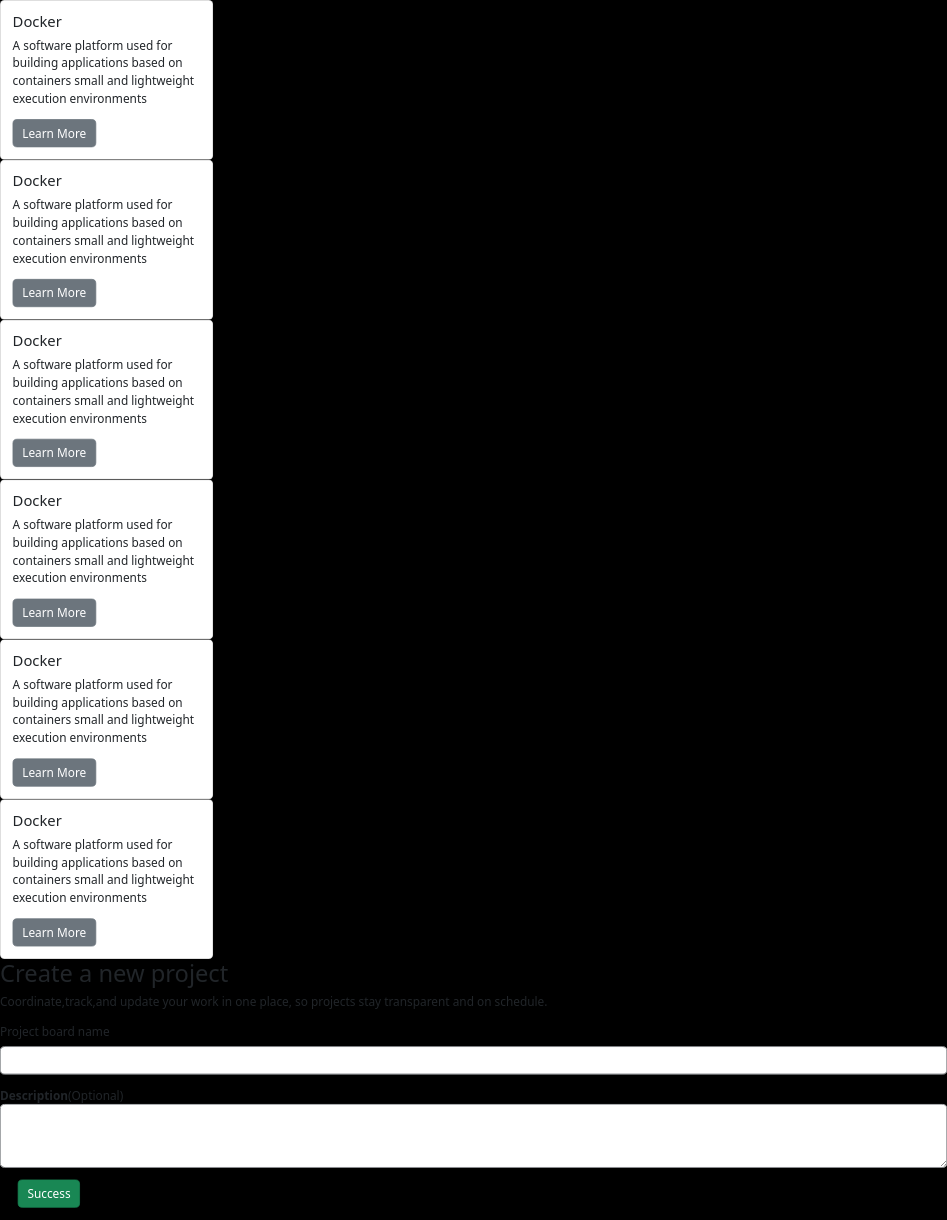
Repository: NSS-Evening-25-Cohort/e25-gitsub-control-alt-defeat
Page: index.html
These files come from the project's save history. The page is drawn as it stood at one moment and after a run of saves; the edit follows.
The browser window is 1280 px wide. The pictures show the whole page, at 74% of full size.

Above is the page before, as saved 2023-11-07 19:11:44.

After the next 6 saves:
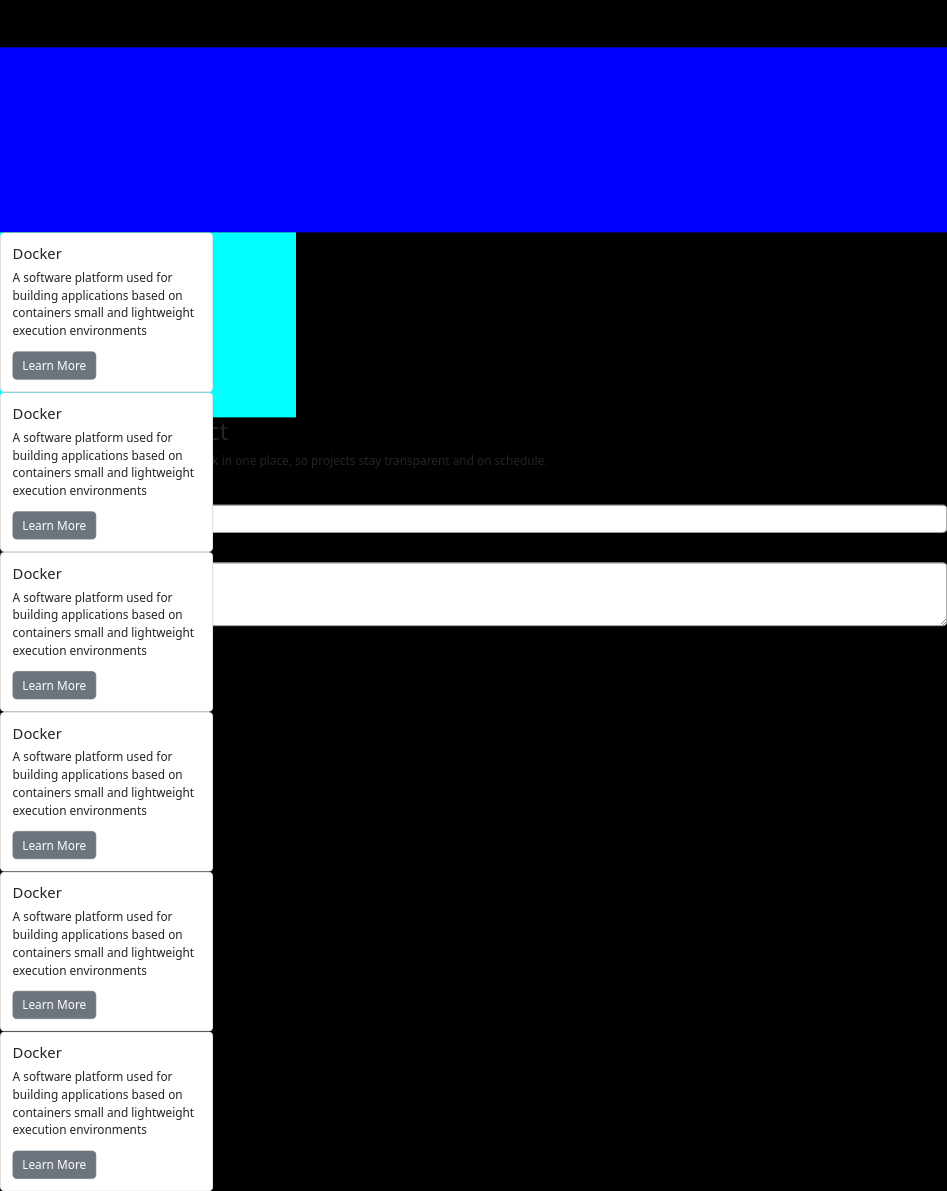
The 6 saves are shown as one change because they came seconds apart.
The last was saved 16 s later.
--- a/main.css
+++ b/main.css
@@ -1,7 +1,6 @@
 body {
   background-color: black;
-}
-  /* display: flex;
+  display: flex;
   flex-direction: column;
 }
 
